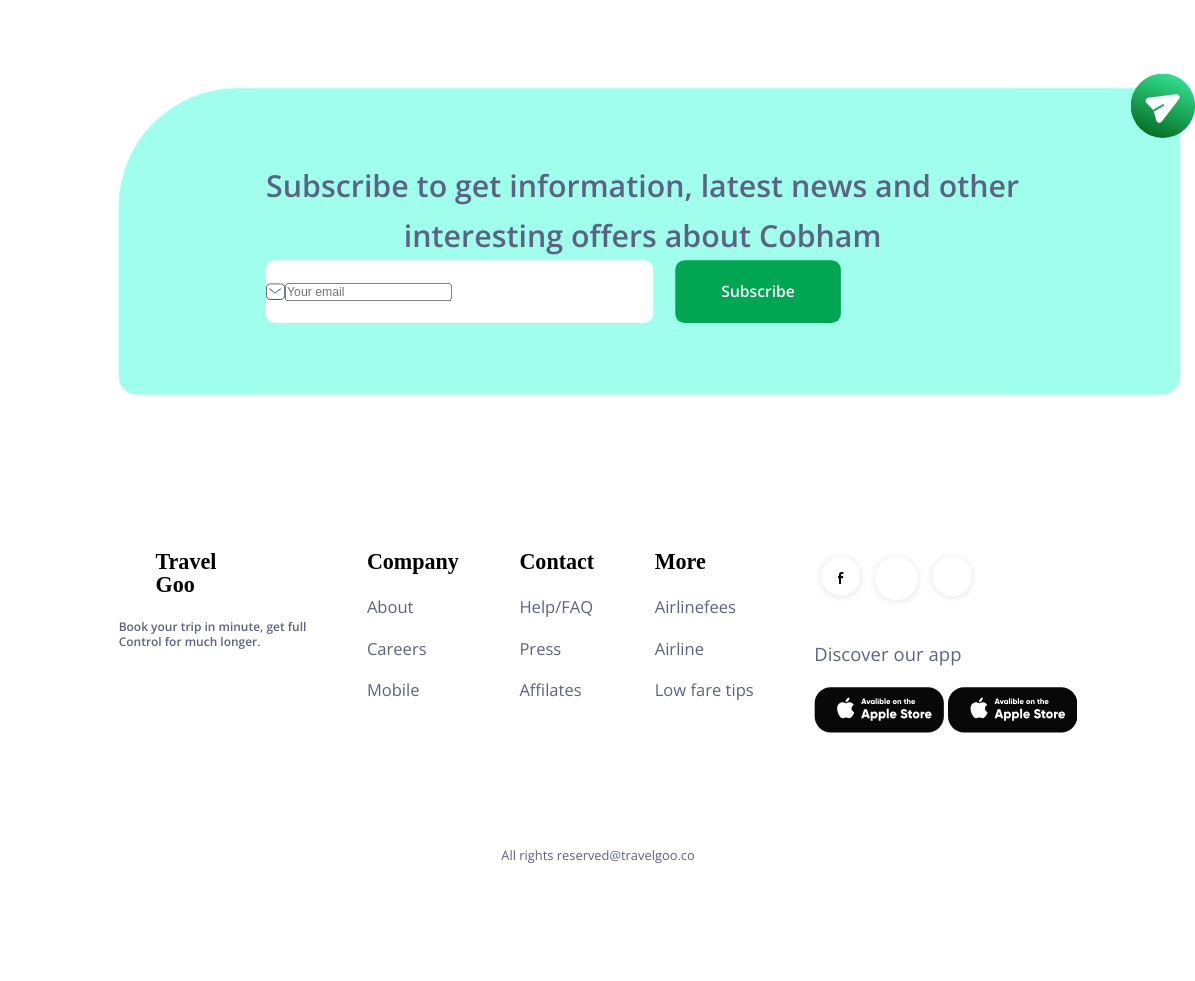
Repository: HeybetzadeQedim/task-5
Page: index.html
These files come from the project's save history. The page is drawn as it stood at one moment and after the next save; the edit follows.
The browser window is 1280 px wide. The page is 1299 px wide, so the pictures cover 1299 px, including what lies to the right of the window. The pictures show the whole page, at 92% of full size.
Some web fonts or font styles are not loaded; a fallback is used.

Above is the page before, as saved 2023-10-16 16:17:58.

After the next save:
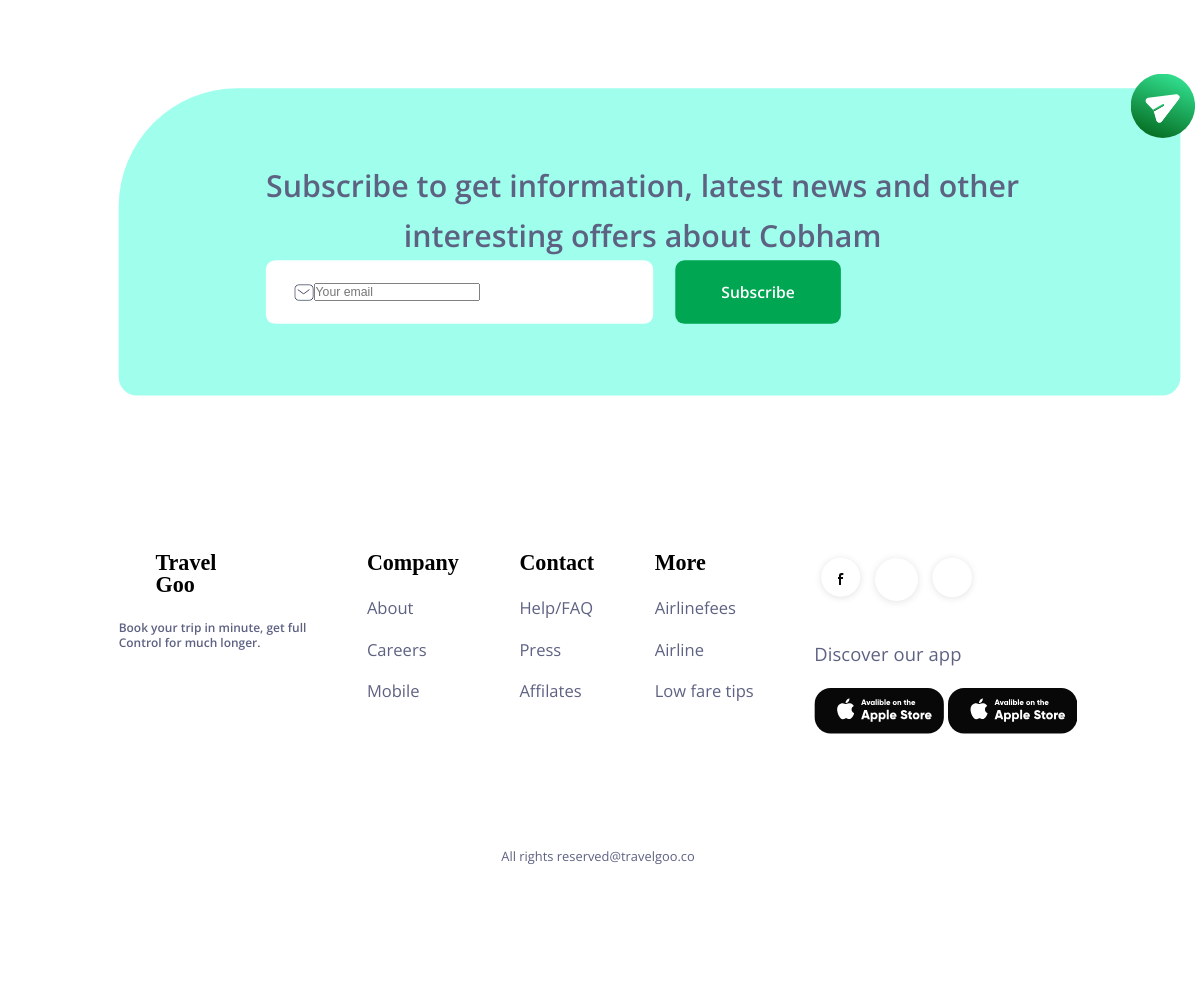
Saved 5 s later.
--- a/index.css
+++ b/index.css
@@ -170,7 +170,7 @@ form button{
 }
 form .input-box{
   width: 421px;
-  padding: ;
+  padding: 25px 31px;
   border-radius: 10px;
 background: var(--white, #FFF);
 display: flex;
